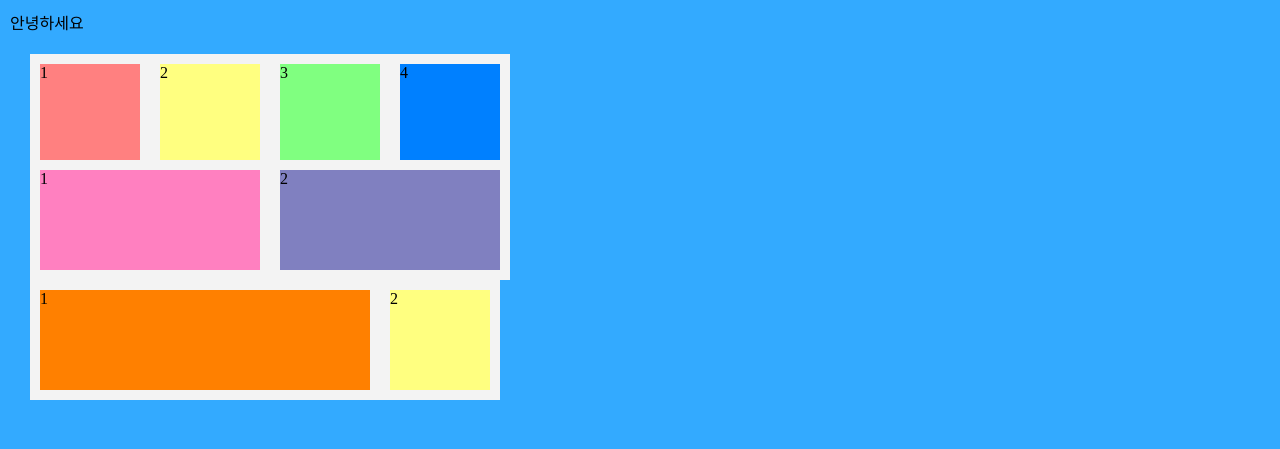
Repository: BaekJiGyeong/JSP_web
Page: http://localhost/Project0303/project1.jsp
These files come from the project's save history. The page is drawn as it stood at one moment and after the next save; the edit follows.
The browser window is 1280 px wide. The pictures show the whole page.
The page is served by Tomcat 9.

Above is the page before, as saved 2016-03-03 08:43:33.

### Project0303/WebContent/project1.jsp
<%@ page language="java" contentType="text/html; charset=UTF-8"
    pageEncoding="UTF-8"%>
<!DOCTYPE html>
<html>
<head>
<meta http-equiv="Content-Type" content="text/html; charset=UTF-8">
<link rel="stylesheet" type="text/css" href="/resource/css/project1.css"/>
<title>Insert title here</title>
</head>
<body>
안녕하세요
<div id="wrapper">
<div id="row1">

	<div id="row1col1">
		1
		</div>
		<div id="row1col2">
		2
		</div>
		<div id="row1col3">
		3
		</div>
		<div id="row1col4">
		4
		</div>
</div>

<div id="row2">

		<div id="row2col1">
		1
		</div>
		<div id="row2col2">
		2
		</div>

</div>

<div id="row3">

	<div id="row3col1">
		1
		</div>
		<div id="row3col2">
		2
		</div>

</div>
</div>

</body>
</html>

### Project0303/WebContent/resource/css/project1.css
@CHARSET "UTF-8";

body {
	background-color: #33AAFF;
	margin: 10px;
}
div {
	margin: 10px;
}
div#row1 {
	background-color: #f3f3f3;
	float: left;
}

div#row1col1 {
	background-color: #ff8080;
	width: 100px;
	height: 100px;
	float: left;
}
div#row1col2 {
	background-color: #ffff80;
	width: 100px;
	height: 100px;
	float: left;
}
div#row1col3 {
	background-color: #80ff80;
	width: 100px;
	height: 100px;
	float: left;
}
div#row1col4 {
	background-color: #0080ff;
	width: 100px;
	height: 100px;
	float: left;
}

div#row2 {
	 top: 150px;
	 background-color: #f3f3f3;
	 position: absolute;
}
div#row2col1 {
	background-color: #ff80c0;
	width: 220px;
	height: 100px;
	float: left;
}
div#row2col2 {
	background-color: #8080c0;
	width: 220px;
	height: 100px;
	float: left;
}

div#row3 {
	 top: 270px;
	 background-color: #f3f3f3;
	 position: absolute;
}
div#row3col1 {
	background-color: #ff8000;
	width: 330px;
	height: 100px;
	float: left;
}
div#row3col2 {
	background-color: #ffff80;
	width: 100px;
	height: 100px;
	float: left;
}

After the next save:
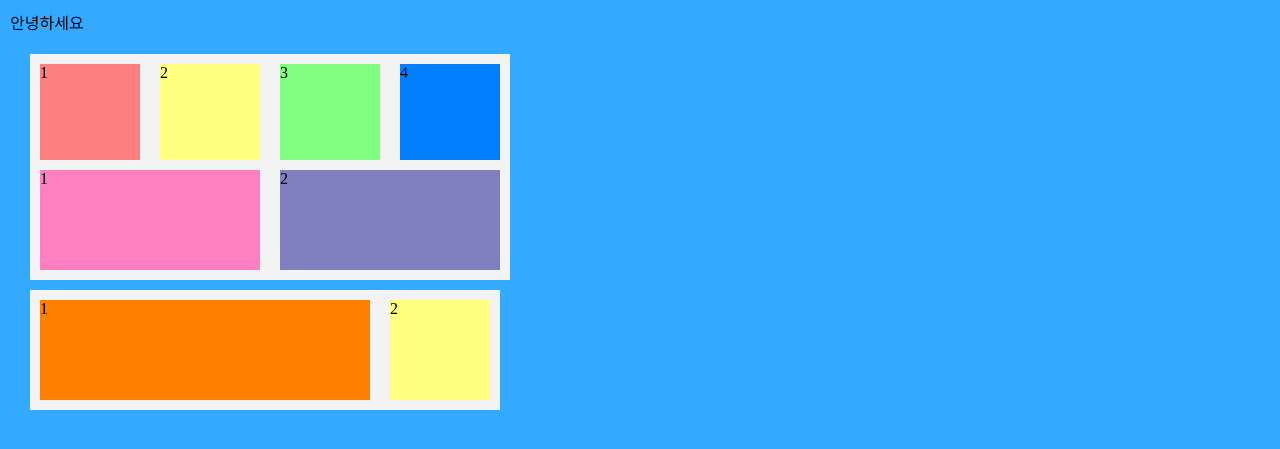
Saved 8 s later.
--- a/Project0303/WebContent/resource/css/project1.css
+++ b/Project0303/WebContent/resource/css/project1.css
@@ -56,7 +56,7 @@
 }
 
 div#row3 {
-	 top: 270px;
+	 top: 280px;
 	 background-color: #f3f3f3;
 	 position: absolute;
 }

After the save that followed:
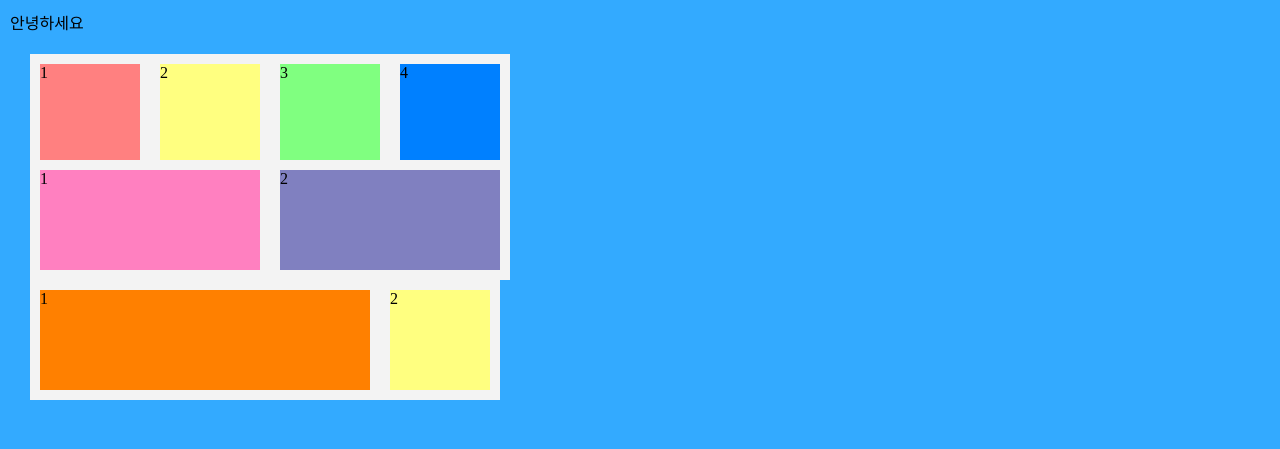
Saved 5 s later.
--- a/Project0303/WebContent/resource/css/project1.css
+++ b/Project0303/WebContent/resource/css/project1.css
@@ -56,7 +56,7 @@
 }
 
 div#row3 {
-	 top: 280px;
+	 top: 270px;
 	 background-color: #f3f3f3;
 	 position: absolute;
 }
